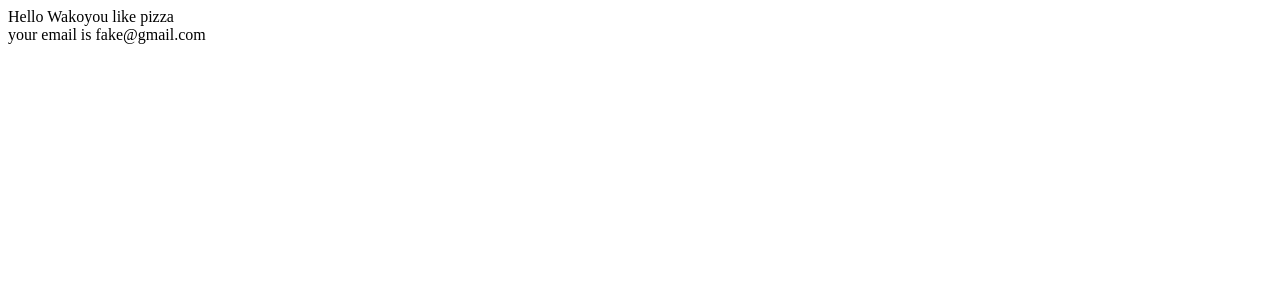
Repository: wakoya-tech/my-php-exercise
Page: http://localhost/
These files come from the project's save history. The page is drawn as it stood at one moment and after the next save; the edit follows.
The browser window is 1280 px wide. The pictures show the whole page.
The page is run by PHP 8.4 with error messages shown; the project is at /var/www/html/.

Above is the page before, as saved 2025-12-09 09:41:00.

### Documents/MyPhp/index.php
<?php
$name = "Wako";
$food = "pizza";
$email = "fake@gmail.com";
echo "Hello {$name}";
echo "you like {$food} <br>";
echo "your email is {$email}";

After the next save:
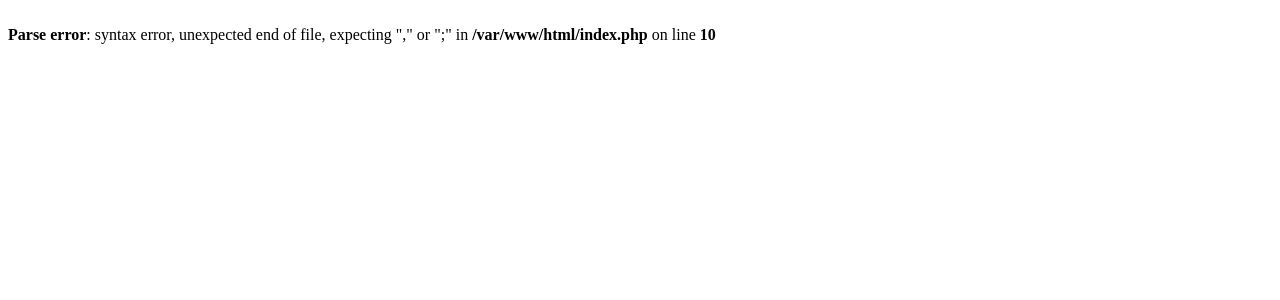
Saved 57 s later.
--- a/Documents/MyPhp/index.php
+++ b/Documents/MyPhp/index.php
@@ -2,6 +2,8 @@
 $name = "Wako";
 $food = "pizza";
 $email = "fake@gmail.com";
+$age=21;
 echo "Hello {$name}";
 echo "you like {$food} <br>";
 echo "your email is {$email}";
+echo "you are {$age} old"

After the save that followed:
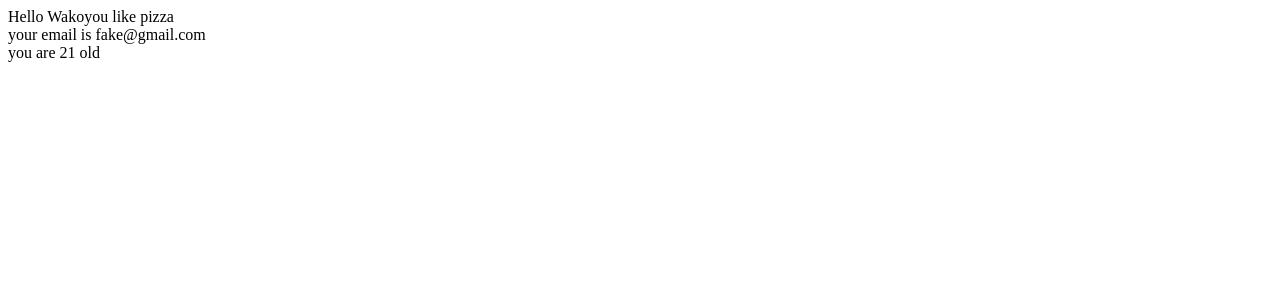
Saved 22 s later.
--- a/Documents/MyPhp/index.php
+++ b/Documents/MyPhp/index.php
@@ -2,8 +2,8 @@
 $name = "Wako";
 $food = "pizza";
 $email = "fake@gmail.com";
-$age=21;
+$age = 21;
 echo "Hello {$name}";
 echo "you like {$food} <br>";
-echo "your email is {$email}";
-echo "you are {$age} old"
+echo "your email is {$email}<br>";
+echo "you are {$age} old";
